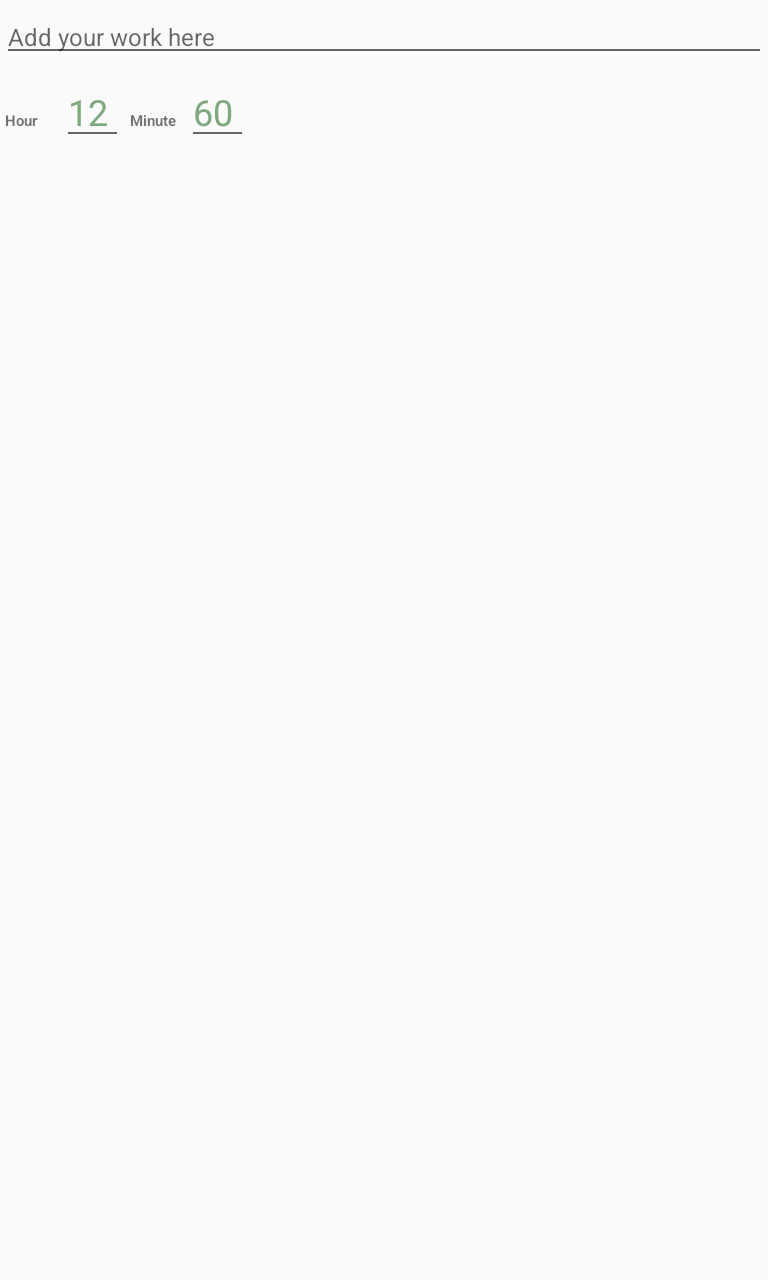
Repository: teamEIT/Android
Layout: workspace/Layout/res/layout/activity_main.xml
The author's editor kept a copy of each file at every save. The layout is drawn from the files as they stood at one save, then again after the next save.
It is drawn on a 768 x 1280 px phone screen (xhdpi) without system bars, with theme AppTheme; the app's code is not run.

Above is the layout before, as saved 2014-08-18 02:54:40.

After the next save:
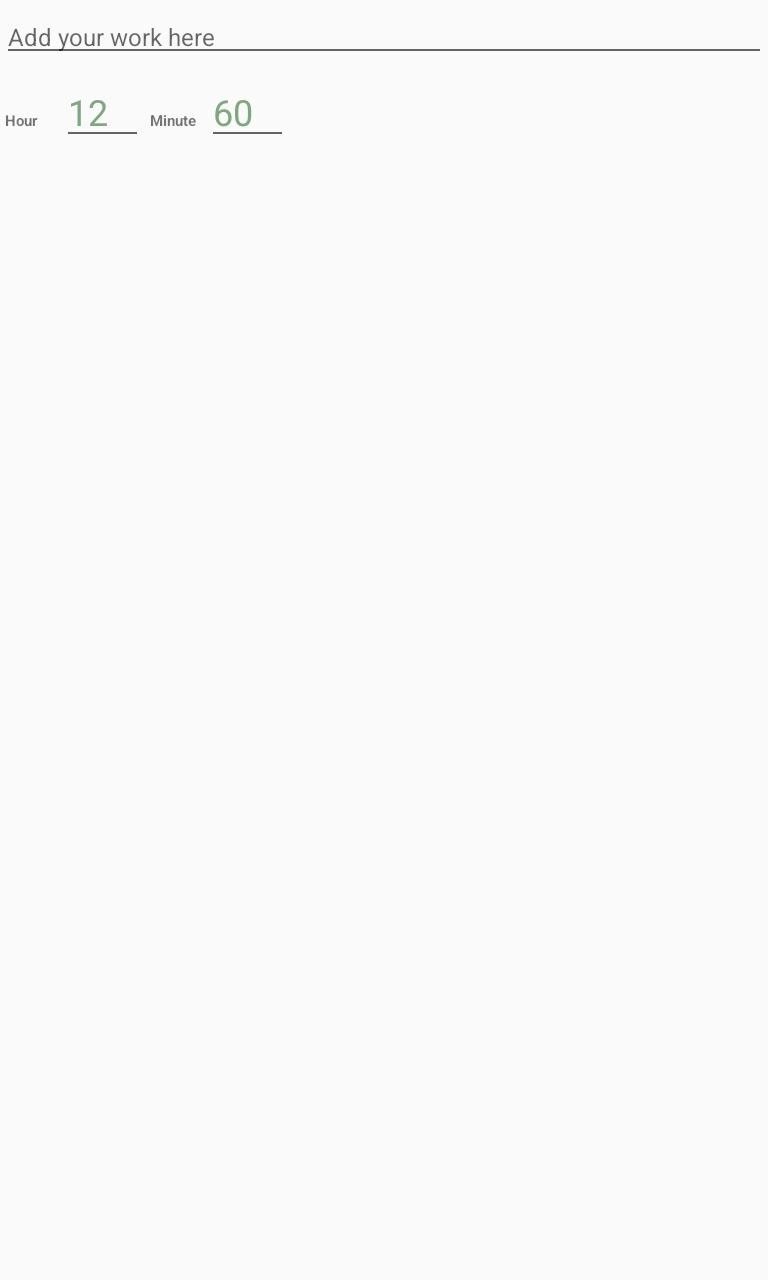
Saved 9 s later.
--- a/workspace/Layout/res/layout/activity_main.xml
+++ b/workspace/Layout/res/layout/activity_main.xml
@@ -30,7 +30,7 @@
 	    />
 	    <EditText
 	    	android:id="@+id/hourEdit"
-	    	android:layout_width="65px"
+	    	android:layout_width="85px"
 	    	android:layout_height="wrap_content"
 	    	android:hint="12"
 	    	android:textColorHint="@color/abc_search_url_text_normal"
@@ -46,7 +46,7 @@
 	    />
 	    <EditText
 	    	android:id="@+id/minuteEdit"
-	    	android:layout_width="65px"
+	    	android:layout_width="85px"
 	    	android:layout_height="wrap_content"
 	    	android:hint="60"
 	    	android:textColorHint="@color/abc_search_url_text_normal"
